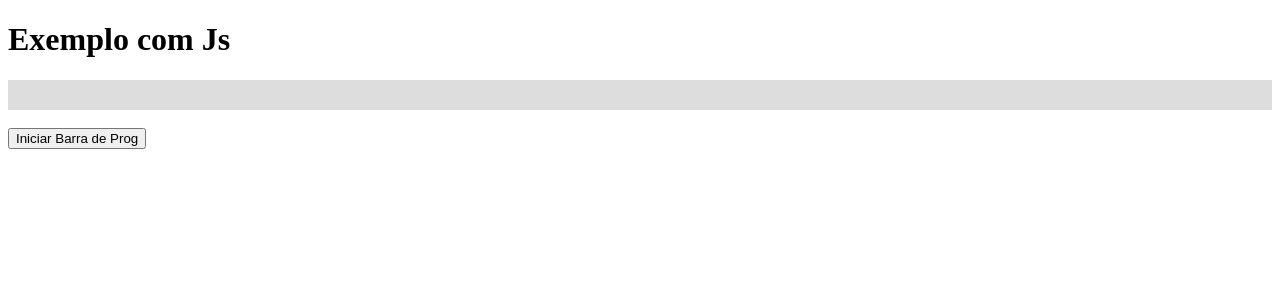
Repository: VictorGOrellana/RecursosJava
Page: http://localhost/curso.edu/pages/progressBar.jsp
The author's editor kept a copy of each file at every save. The page is drawn from the files as they stood at one save, then again after the next save.
The browser window is 1280 px wide. The pictures show the whole page.
After loading, the first visible `button` was clicked once.
The page is served by Tomcat 9. Nobody is signed in. The application's start-up code is not run. Other server files are loaded and not shown.

Above is the page before, as saved 2019-07-25 18:10:15.

### curso.edu/WebContent/pages/progressBar.jsp
<%@ page language="java" contentType="text/html; charset=ISO-8859-1"
	pageEncoding="ISO-8859-1"%>
<!DOCTYPE html>
<html>
<head>
<meta charset="ISO-8859-1">
<title>Barra de Progresso</title>
<style type="text/css">
#myProgress {
	width: 100%;
	background-color: #ddd;

}

#myBar {
	width: 0%;
	height: 30px;
	background-color: #4CAF50;

}
</style>
</head>
<body>

	<h1>Exemplo com Js</h1>
		<div id="myProgress">
			<div id="myBar">
			</div>
		</div>
		<br/>

		<button onclick="exibirBarra()">Iniciar Barra de Prog</button>

		<script type="text/javascript">

		function exibirBarra(){



		}
		</script>




</body>
</html>

After the next save:
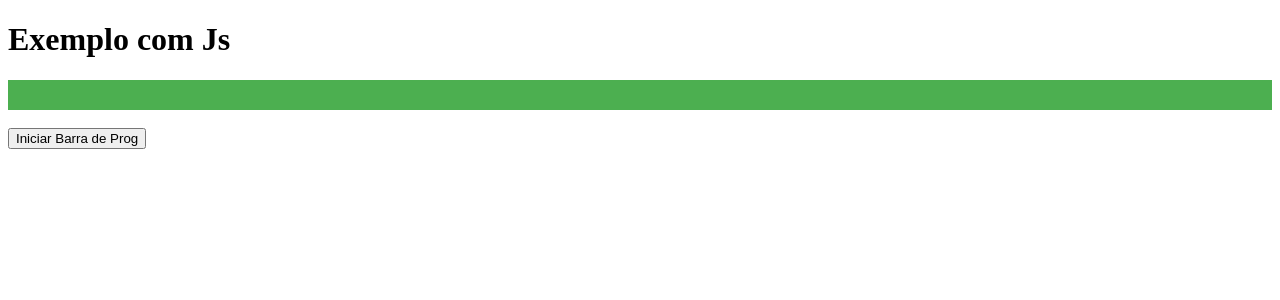
Saved 2 min 41 s later.
--- a/curso.edu/WebContent/pages/progressBar.jsp
+++ b/curso.edu/WebContent/pages/progressBar.jsp
@@ -34,7 +34,20 @@
 		<script type="text/javascript">
 
 		function exibirBarra(){
+			var elem = document.getElementById("myBar");
+			var width = 1;
+			var id = setInterval(frame, 10 );
 
+				function frame(){
+					if(width >= 100){
+						clearInterval(id);
+
+					} else {
+						width++;
+						elem.style.width = width +"%";
+					}
+
+				}
 
 
 		}
